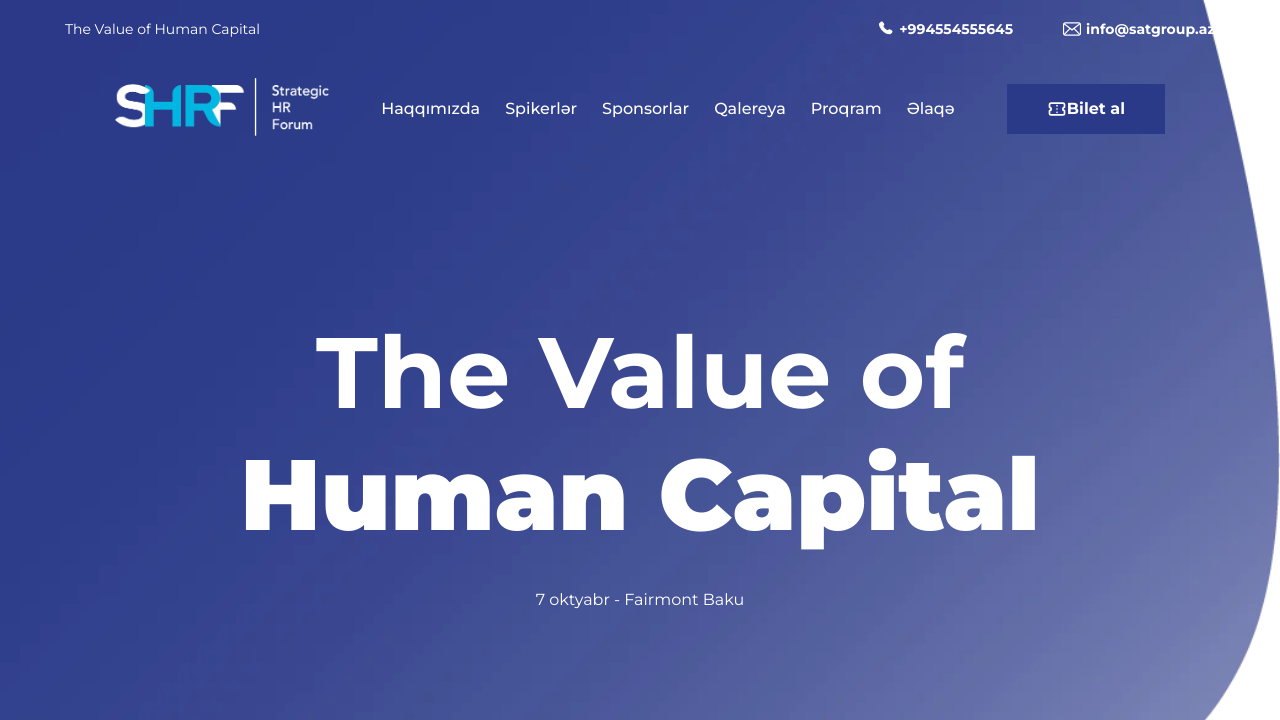
Repository: allahverdiyevabdulhasan/shrf
Page: /
These files come from the project's save history. The page is drawn as it stood at one moment and after the next save; the edit follows.
The browser window is 1280 px wide. The pictures show the whole page.
The project was rebuilt for these pictures with package versions that can differ from the ones it lists, and the page was loaded fresh each time. Also part of the build but not shown: vite.config.js, src/App.css.

Above is the page before, as saved 2024-08-16 10:18:07.

After the next save:
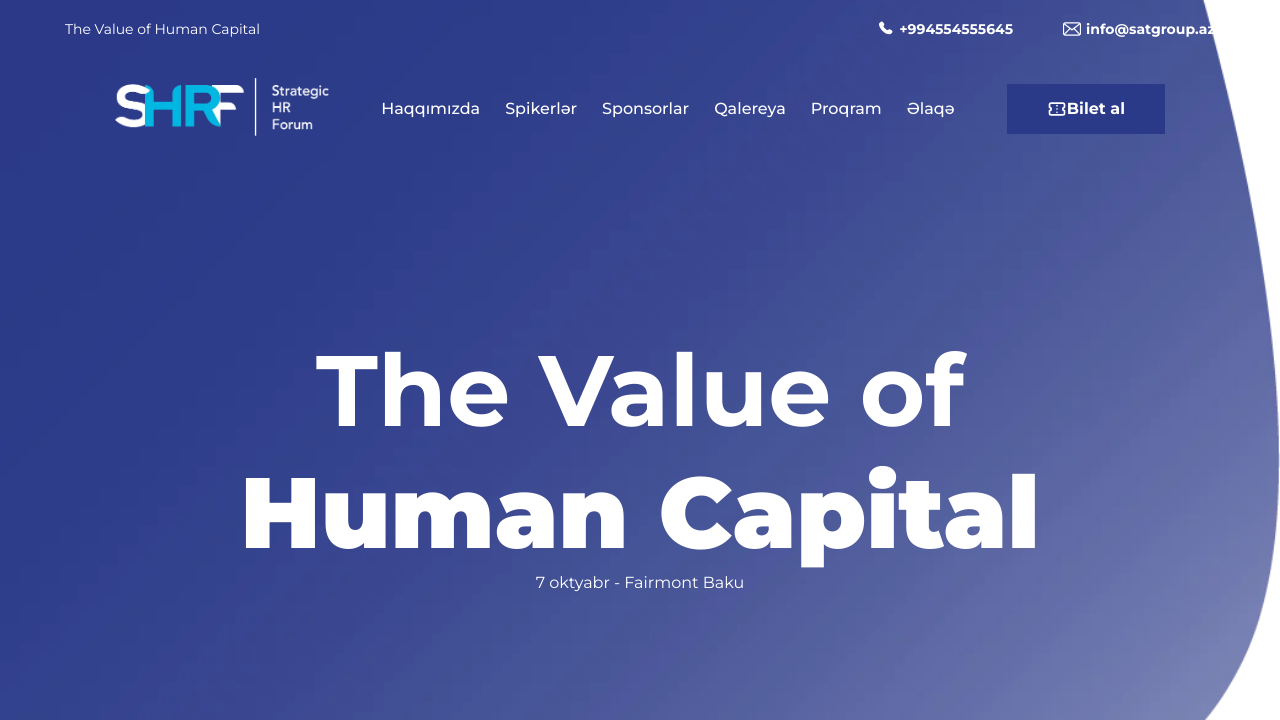
Saved 31 s later.
--- a/src/components/Intro/style.module.css
+++ b/src/components/Intro/style.module.css
@@ -9,7 +9,7 @@
         font-size: clamp(45px, 8vw, 100px);
         color: #fff;
         text-align: center;
-        margin: 200px 0 35px 0;
+        margin: 200px 0 0 0;
         & span{
             font-weight: 900;
         }
@@ -17,8 +17,9 @@
 }
 
 .intro__content{
-    & p{
+    & > p{
         color: #fff;
         text-align: center;
+        margin: 0 ;
     }
 }
